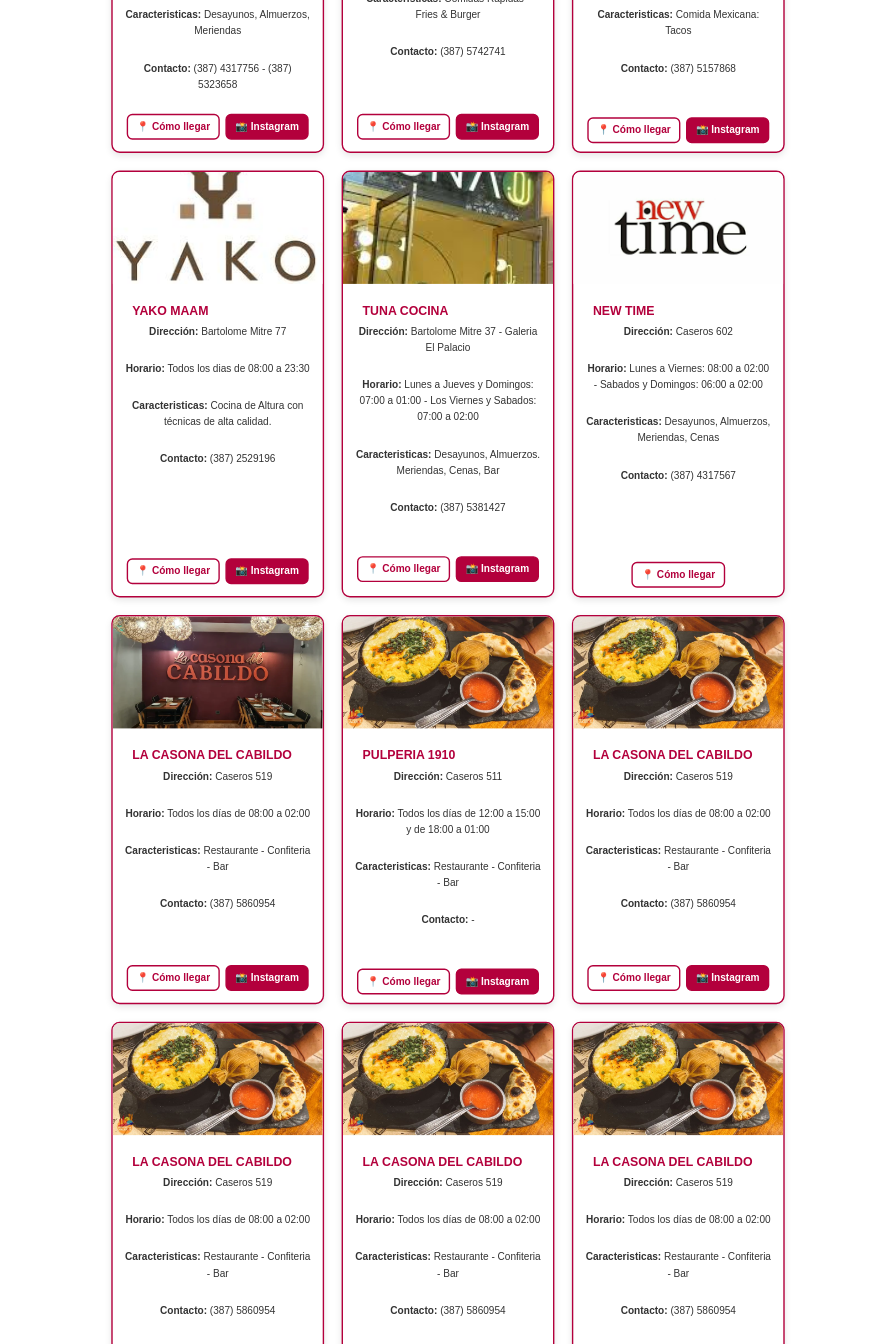
Repository: nahir95/come-en-salta
Page: restaurantes.html
These files come from the project's save history. The page is drawn as it stood at one moment and after the next save; the edit follows.
The browser window is 1280 px wide. The pictures show the part of the page from y = 891 to 2811 px (the page is 6195 px tall), at 70% of full size.

Above is the page before, as saved 2025-11-12 02:44:27.

After the next save:
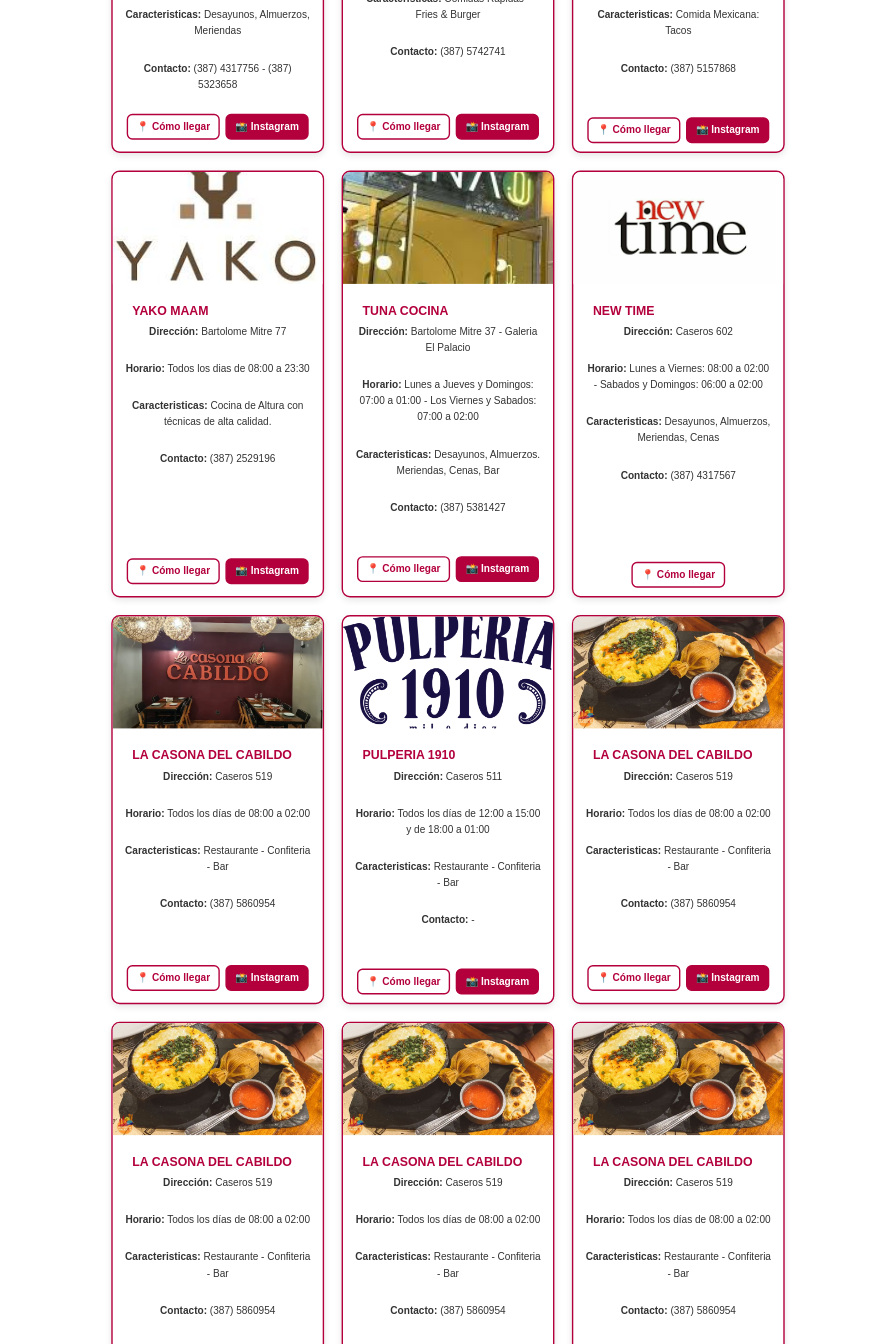
Saved 57 s later.
--- a/restaurantes.html
+++ b/restaurantes.html
@@ -144,7 +144,7 @@
 
       <!-- Restaurante 8 -->
      <article class="card restaurante">
-      <img src="imagenes/carrusel-1.jpg" alt="Pulperia 1910">
+      <img src="imagenes/pulperia.png" alt="Pulperia 1910">
       <div class="card-content">
         <h3>PULPERIA 1910</h3>
         <p><strong>Dirección:</strong> Caseros 511</p>
